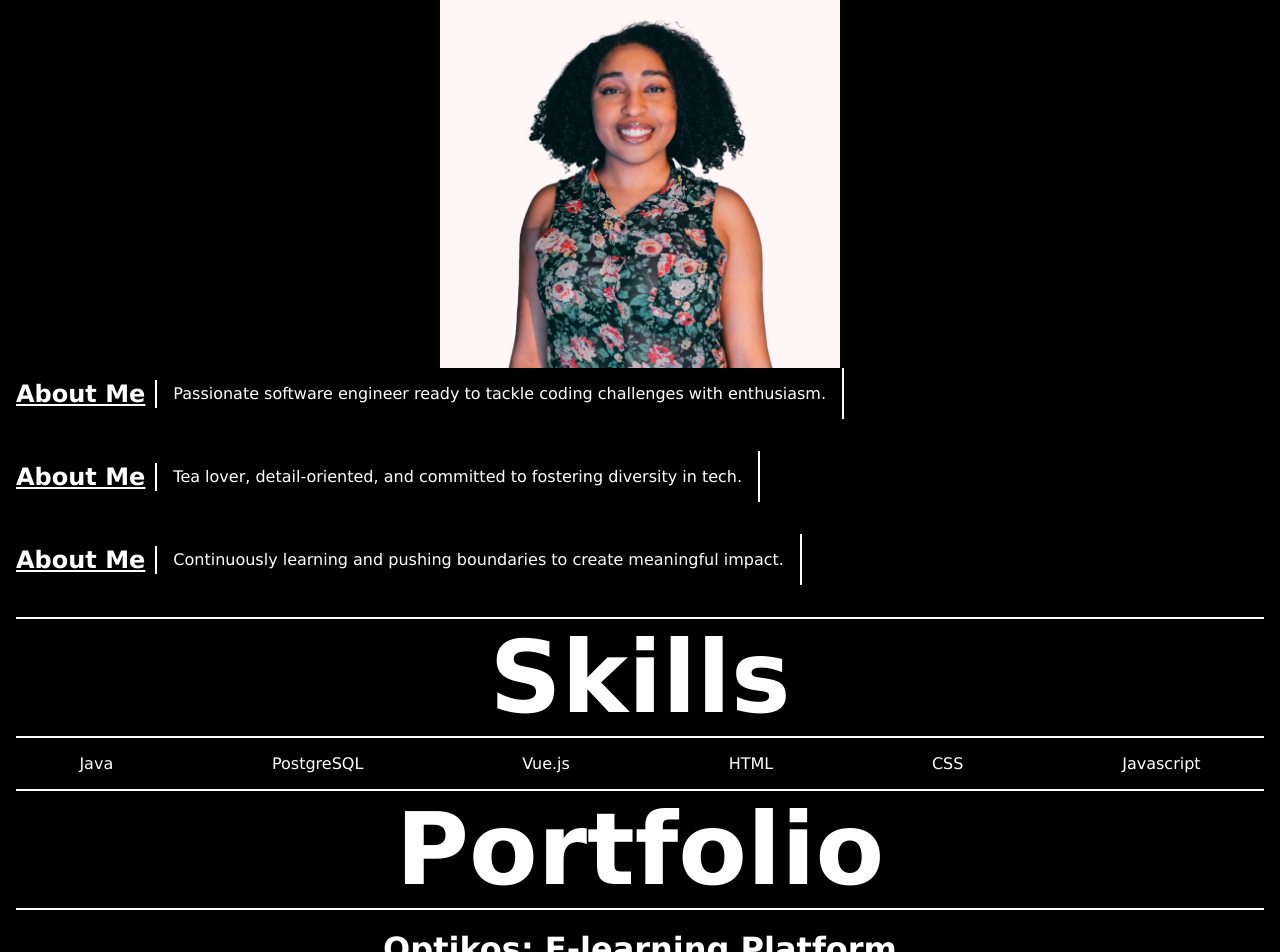
Repository: woodsdeshe/portfolio
Page: index.html
An editor plug-in stored every save of this project. The page is shown before and after the next save, followed by the edit.
The browser window is 1280 px wide. The pictures show the part of the page from y = 842 to 1794 px (the page is 2452 px tall).
A picture or video elsewhere on the page could not be fetched, so the positions and the page height are approximate. Some web fonts or font styles are not loaded; a fallback is used.

Above is the page before, as saved 2023-06-11 13:09:17.

### index.html
<!DOCTYPE html>
<html lang="en">
<head>
    <meta charset="UTF-8">
    <meta http-equiv="X-UA-Compatible" content="IE=edge">
    <meta name="viewport" content="width=device-width, initial-scale=1.0">
    <title>DeShe Woods | Software Engineer</title>
    <link rel="stylesheet" href="style.css">
    <link rel="stylesheet" href="https://cdnjs.cloudflare.com/ajax/libs/aos/2.3.4/aos.css" />
</head>
<body>
    <div class="container">
        <video autoplay muted loop>
            <source src="./images/pexels-crazy-motions-11738195-1920x1080-24fps.mp4" type="video/mp4">
        </video>
        <div class="header">
            <h1>DESHE WOODS</h1>
        </div>
    </div>
    <div class="subheader">
        <h3>SOFTWARE ENGINEER | VISUAL ARTIST</h3>
    </div>
    <nav class="navbar">
        <ul>
            <li><a href="#about">About</a></li>
            <li><a href="#skills">Skills</a></li>
            <li><a href="#portfolio">Portfolio</a></li>
            <li><a href="#contact">Contact</a></li>
        </ul>
    </nav>
    <div class="headshot" data-aos="fade-up">
        <img src="./images/Headshot.jpg" alt="Picture of DeShe Woods">
    </div>
    <div class="about-me" data-aos="fade-up">
        <div class="logo"><i class="fas fa-code"></i></div>
        <h2>About Me</h2>
        <p>Passionate software engineer ready to tackle coding challenges with enthusiasm.</p>
    </div>

    <div class="about-me" data-aos="fade-up">
        <div class="logo"><i class="fas fa-mug-hot"></i></div>
        <h2>About Me</h2>
        <p>Tea lover, detail-oriented, and committed to fostering diversity in tech.</p>
    </div>

    <div class="about-me" data-aos="fade-up">
        <div class="logo"><i class="fas fa-rocket"></i></div>
        <h2>About Me</h2>
        <p>Continuously learning and pushing boundaries to create meaningful impact.</p>
    </div>

    <div class="skills-header">
        <h1 id="skills">Skills</h1>
    </div>
    <div class="skills-content" data-aos="fade-up">
        <p class="java">Java</p>
        <p class="postgresql">PostgreSQL</p>
        <p class="Vue-js">Vue.js</p>
        <p class="html">HTML</p>
        <p class="css">CSS</p>
        <p class="javascript">Javascript</p>
    </div>
    <div class="portfolio-header">
        <h1 id="portfolio">Portfolio</h1>
    </div>
    <div class="optikos" data-aos="fade-up">
        <h1>Optikos: E-learning Platform</h1>
        <img src="./images/Screenshot (6).png" alt="Screenshot of Optikos home page">
    </div>
    <div class="contact" id="contact">
        <h2>Contact</h2>
    </div>
   <footer>
    <a href="#">LinkedIn</a> |
    <a href="#">Github</a> |
    <a href="#">Email</a>
   </footer>

   <script src="https://cdnjs.cloudflare.com/ajax/libs/jquery/3.6.0/jquery.min.js"></script>
   <script src="https://cdnjs.cloudflare.com/ajax/libs/aos/2.3.4/aos.js"></script>
   <script>
     AOS.init();
   </script>
</body>
</html>

### style.css
@import url('https://fonts.googleapis.com/css2?family=Climate+Crisis&display=swap');

* {
    margin: 0;
    padding: 0;
    box-sizing: border-box;
}

body:not(.container) {
    background-color: #000;
    font-family: Verdana, Geneva, Tahoma, sans-serif;
    color: white;
}

.container {
    width: 100%;
    height: 100%;
    position: relative;
}

.container video {
    height: 100%;
    width: 100%;
}

.header h1{
    font-family:'Climate Crisis', cursive, Verdana;
    font-size: 200px;
    font-weight: 900;
    text-align: center;
    color: white;
    position: absolute;
    top: 0;
    left:0;
    background: #000;
    height: 100%;
    width: 100%;
    display:flex;
    align-items: center;
    justify-content: center;
    flex-wrap: wrap;
    mix-blend-mode: multiply;
}

.subheader {
    border-top: 2px solid white;
    border-bottom: 2px solid white;
    padding: 1rem;
    text-align: center;
    font-size: 40px;
}

.navbar {
    background-color: #000;
    padding: 1rem;
    text-align: center;
}

.navbar ul {
    list-style-type: none;
}

.navbar li {
    display: inline-block;
    margin-right: 1rem;
}

.navbar a {
    text-decoration: none;
    color: white;
    font-size: 20px;
    font-weight: bold;
    padding: 0.5rem 1rem;
}

.navbar a:hover {
    background-color: #b46bff;
    border-radius: 5px;
}


.headshot img {
    height:400px;
    width: 400px;
    align-content: center;
    display:block;
    margin-left: auto;
    margin-right: auto;
    margin-top: 20px;
}


.about-me h2 {
    text-decoration: underline;
    border-right: 2px solid white;
    padding-right: 10px;
}

.about-me p {
    border-right: 2px solid white;
    padding: 1rem;
}

.about-me {
    display: flex;
    align-items: center;
    margin-bottom: 2rem;
}

.logo {
    margin-right: 1rem;
}

.about-content {
    display: flex;
    flex-direction: column;
}

.about-content h2 {
    text-decoration: underline;
    border-right: 2px solid white;
    padding-right: 10px;
}

.about-content p {
    border-right: 2px solid white;
    padding: 1rem;
}


.portfolio-header, .skills-header, .contact h2 {
    font-size: 50px;
    text-align: center;
    border-top: 2px solid white;
    border-bottom: 2px solid white;
    margin: 1rem
}

.skills-content {
    display: flex;
    flex-direction: row;
    justify-content: space-around;
}

.portfolio {
    display: flex;
    flex-direction: column;
}

.optikos img {
   width: 597px;
   height: 500px;
   display: block;
   margin-left: auto;
    margin-right: auto;
    margin-bottom: 20px;
}


.optikos h1 {
    text-align: center;
    margin: 20px;
}

.optikos p {
    grid-area: "optikos-content";
}

.contact h2{
    font-size: 50px
}

footer {
    display: flex;
    justify-content: center;
    font-size: 20px;
}

footer a {

        box-shadow: inset 0 0 0 0 #54b3d6;
        color: white;
        margin: 0 -.25rem;
        padding: 0 .25rem;
        transition: color .3s ease-in-out, box-shadow .3s ease-in-out;
}
    footer a:hover {
        box-shadow: inset 100px 0 0 0 #54b3d6;
        color: white;
      }

After the next save:
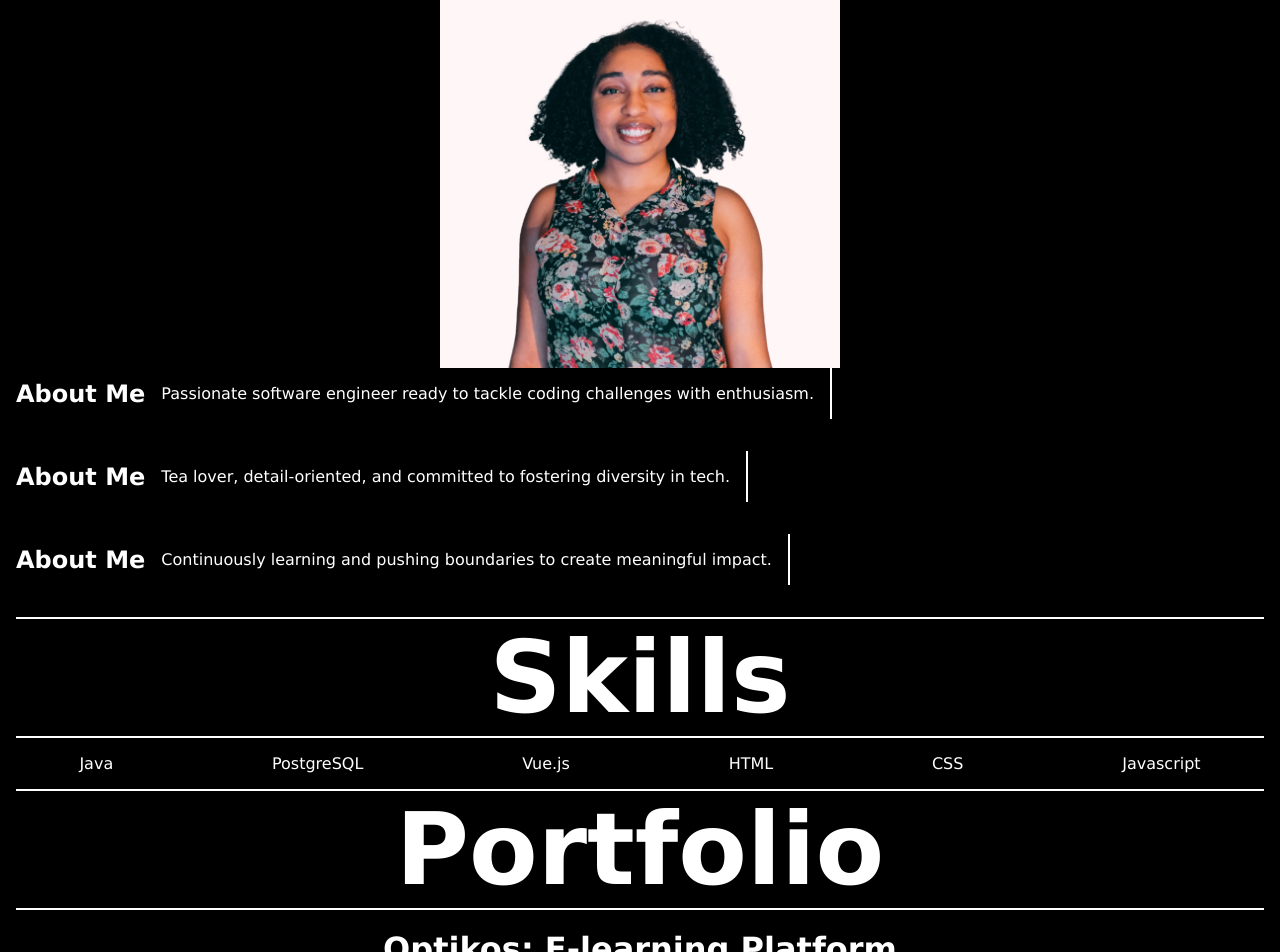
Saved 9 s later.
--- a/style.css
+++ b/style.css
@@ -90,11 +90,7 @@ body:not(.container) {
 }
 
 
-.about-me h2 {
-    text-decoration: underline;
-    border-right: 2px solid white;
-    padding-right: 10px;
-}
+
 
 .about-me p {
     border-right: 2px solid white;
